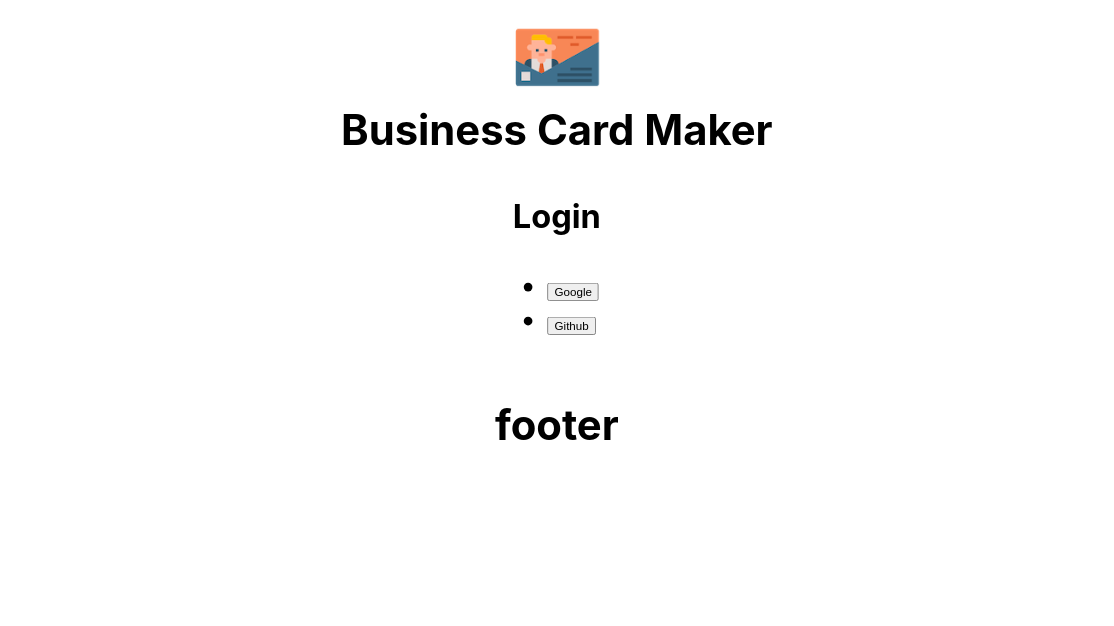
Repository: gomgomigom/firebase_practice_card_maker
Page: /
An editor plug-in stored every save of this project. The page is shown before and after the next save, followed by the edit.
The browser window is 1280 px wide. The pictures show the whole page, at 87% of full size.
The page's requests for data from a server got no answer. The project was rebuilt for these pictures with package versions that can differ from the ones it lists, and the page was loaded fresh each time. No one was signed in, and anything a server would have sent is missing.

Above is the page before, as saved 2022-01-21 13:47:31.

After the next save:
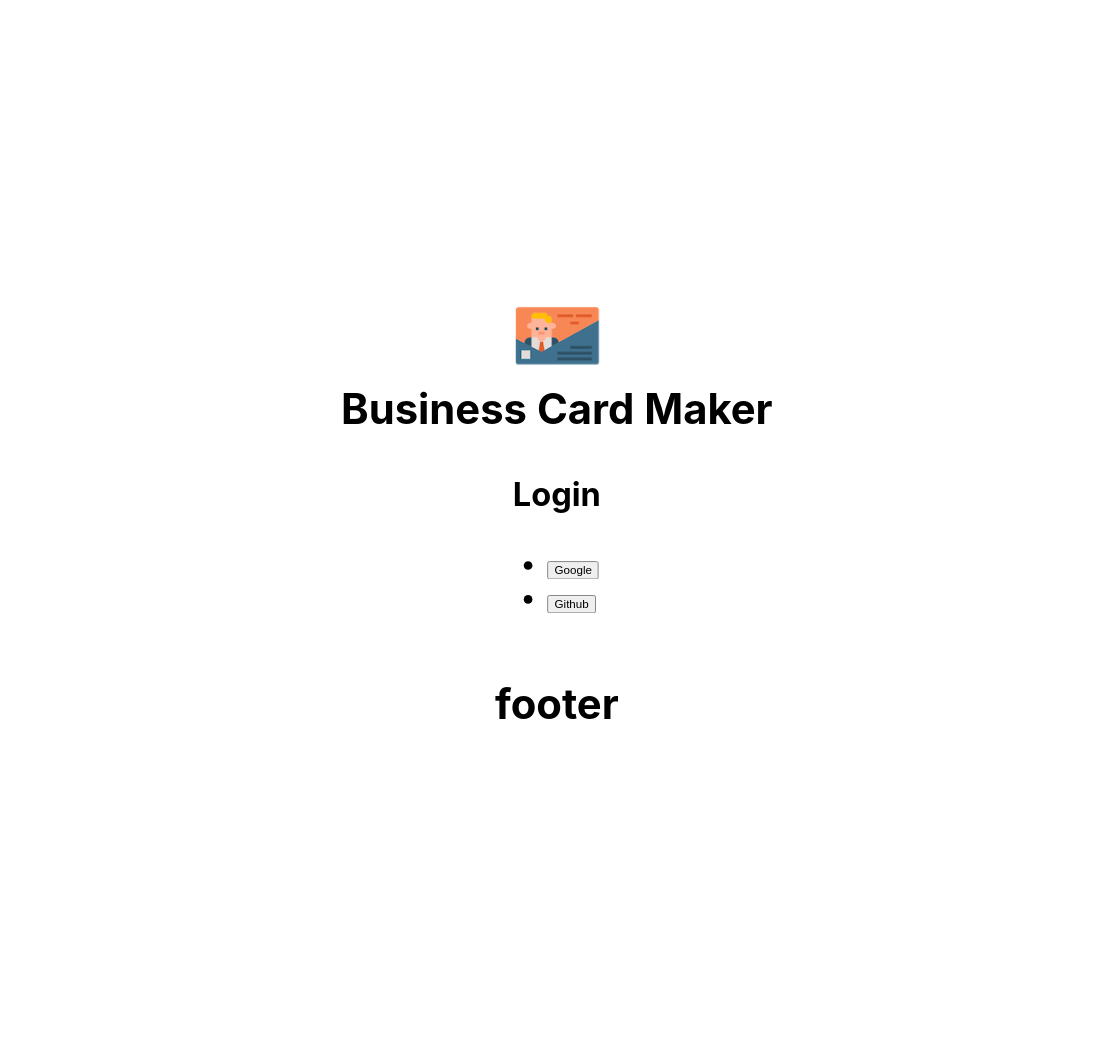
Saved 8 s later.
--- a/src/components/login/login.module.css
+++ b/src/components/login/login.module.css
@@ -6,4 +6,5 @@
   align-items: center;
   justify-content: center;
   background-color: makerLightGrey;
+  padding: 20rem;
 }
